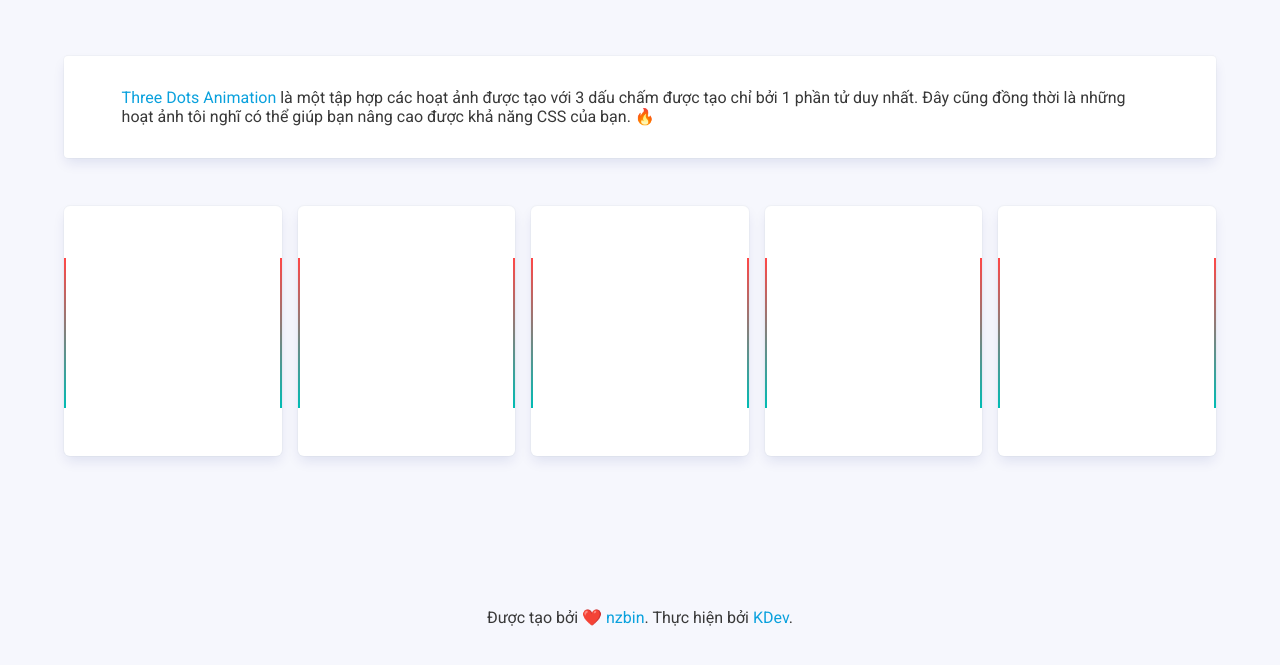
Repository: haokiet2501/lazy-loader-animation
Page: index.html
The author's editor kept a copy of each file at every save. The page is drawn from the files as they stood at one save, then again after the next save.
The browser window is 1280 px wide. The pictures show the whole page.
The style sheet was rebuilt from its Sass, Less or Tailwind sources for each picture, by a compiler version that may differ from the author's.

Above is the page before, as saved 2022-05-06 20:15:36.

### index.html
<!DOCTYPE html>
<html lang="en">
<head>
    <meta charset="UTF-8">
    <meta http-equiv="X-UA-Compatible" content="IE=edge">
    <meta name="viewport" content="width=device-width, initial-scale=1.0">
    <link rel="shortcut icon" href="image/KDEV.png" type="image/x-icon">
    <link rel="stylesheet" href="sass/css/styles.css">
    <title>Three Dots Animation</title>
</head>
<body>
    <div class="container">
        <div class="title">
            <a href="/" target="_blank">Three Dots Animation</a> là một tập hợp các hoạt ảnh được tạo với 3 dấu chấm được tạo chỉ bởi 1 phần tử duy nhất. Đây cũng đồng thời là những hoạt ảnh tôi nghĩ có thể giúp bạn nâng cao được khả năng CSS của bạn. 🔥
        </div>

        <div class="row">
            <div class="box">
                <div class="stage">

                </div>
            </div>
            <div class="box">
                <div class="stage">

                </div>
            </div>
            <div class="box">
                <div class="stage">

                </div>
            </div>
            <div class="box">
                <div class="stage">

                </div>
            </div>
            <div class="box">
                <div class="stage">

                </div>
            </div>
        </div>

        <footer class="footer">
            <p>
                Được tạo bởi ❤️ <a href="https://github.com/nzbin" target="_blank">nzbin</a>.
                Thực hiện bởi <a href="/" target="_blank">KDev</a>.
            </p>
        </footer>
    </div>
</body>
</html>

### sass/styles.scss
@import 'base/base';

$color-text: #383838;
$color-line: #50dfdb;

.container {
    padding: 2rem 4rem;
}

.title {
    background: #fff;
    padding: 2rem 5%;
    margin: 1.5rem 0;
    box-shadow: 0 .4rem .8rem -.1rem rgba(0, 32, 128, .1), 0 0 0 1px #f0f2f7;
    border-radius: .25rem;
    color: $color-text;
}

.box {
    position: relative;
    height: 250px;
    background: #fff;
    padding: 2rem 5%;
    margin: 1.5rem 0;
    box-shadow: 0 .4rem .8rem -.1rem rgba(0, 32, 128, .1), 0 0 0 1px #f0f2f7;
    border-radius: 6px;
    overflow: hidden;
}

.box::before {
    content: '';
    position: absolute;
    top: -3rem;
    left: 32px;
    width: 150px;
    height: 140%;
    background: linear-gradient(to left, #00BCB4 , #FF4747 );
    animation: animate 4s linear infinite;
}

.box::after {
    content: '';
    position: absolute;
    inset: 2px;
    background: #fff;
    border-radius: 4px;
}

@keyframes animate {
    0% {
        transform: rotate(0deg);
    }
    100% {
        transform: rotate(360deg);
    }
}

.row {
    display: grid;
    grid-template-columns: repeat(auto-fill, minmax(184px, 1fr));
    gap: 24px 16px;
}

.footer {
    display: flex;
    justify-content: center;
    align-items: center;
    margin: 128px 0 20px;
}

.footer > p {
    color: $color-text;
}

### sass/base/_base.scss
@import url('https://fonts.googleapis.com/css2?family=Roboto:wght@300;400;500;700&display=swap');

*, ::before, ::after {
    margin: 0;
    padding: 0;
    box-sizing: border-box;
}

html, body {
    scroll-behavior: smooth;
    font-family: 'Roboto', sans-serif;
    background: #f6f7fd;
    height: 100%;
    overflow: auto;
}

a {
    text-decoration: none;
    color: #0AA1DD;
}

After the next save:
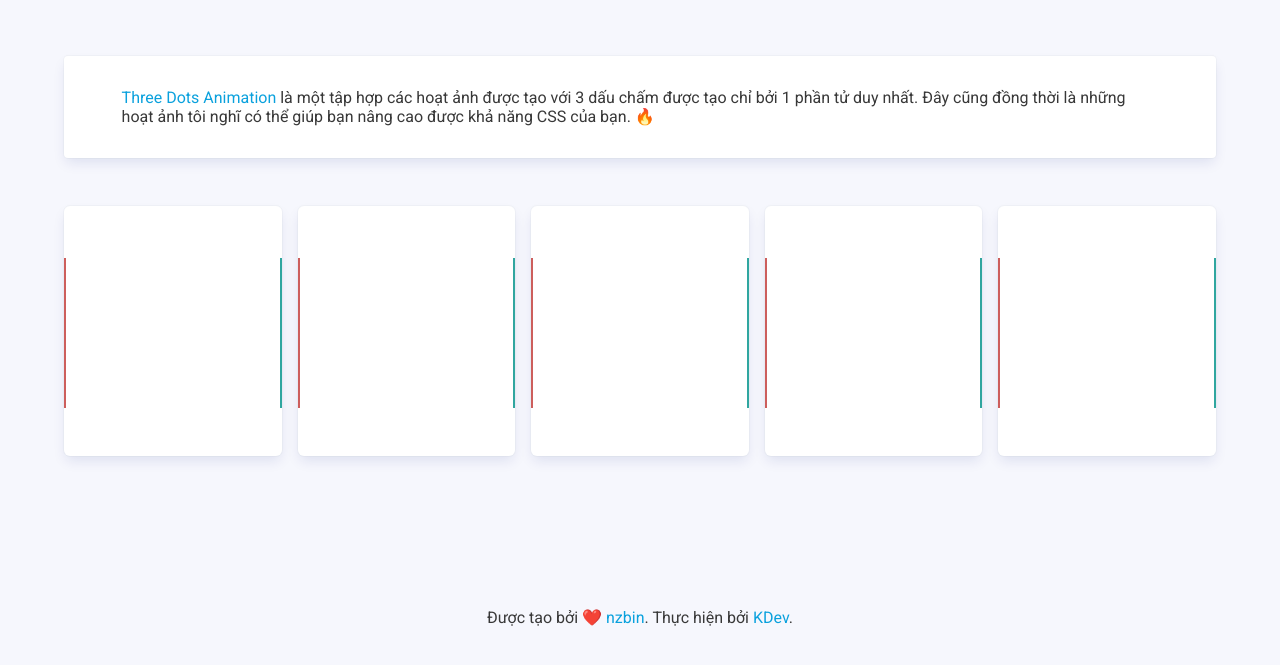
Saved 6 s later.
--- a/sass/styles.scss
+++ b/sass/styles.scss
@@ -34,7 +34,7 @@
     left: 32px;
     width: 150px;
     height: 140%;
-    background: linear-gradient(to left, #00BCB4 , #FF4747 );
+    background: linear-gradient(#00BCB4 , #FF4747 );
     animation: animate 4s linear infinite;
 }
 

After the 3 saves that followed:
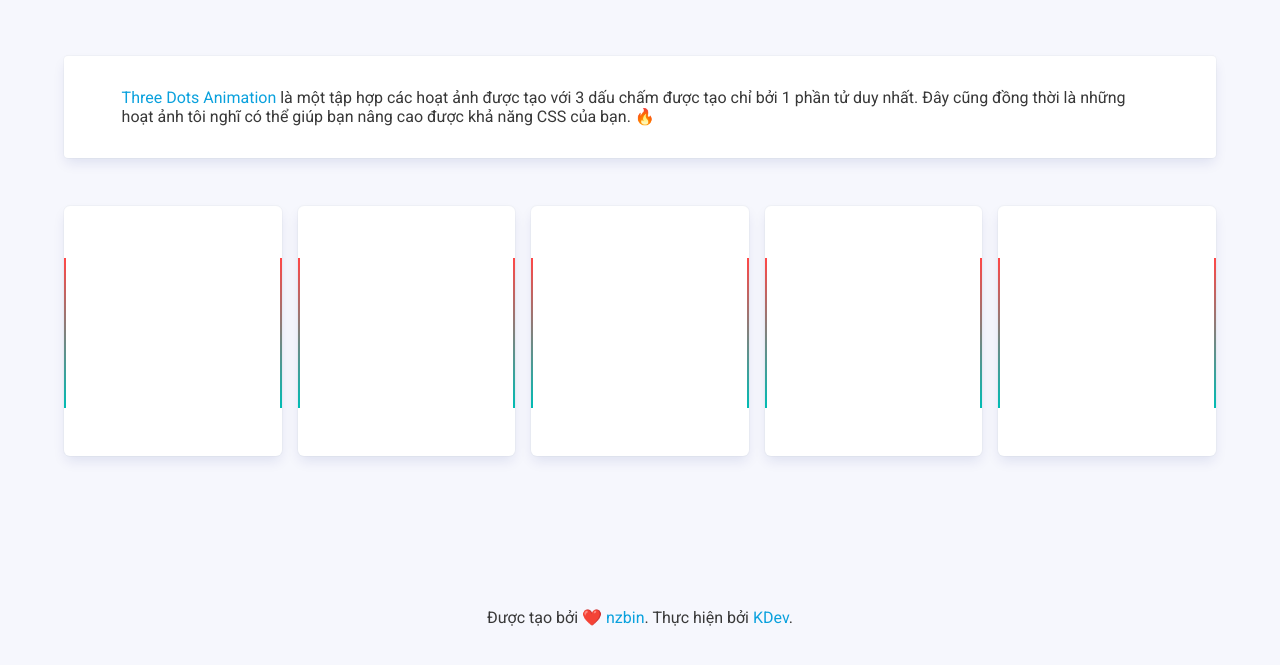
The 3 saves are shown as one change because they came seconds apart.
The last was saved 13 s later.
--- a/sass/styles.scss
+++ b/sass/styles.scss
@@ -34,7 +34,7 @@
     left: 32px;
     width: 150px;
     height: 140%;
-    background: linear-gradient(#00BCB4 , #FF4747 );
+    background: linear-gradient(to left, #00BCB4 , #FF4747 );
     animation: animate 4s linear infinite;
 }
 
